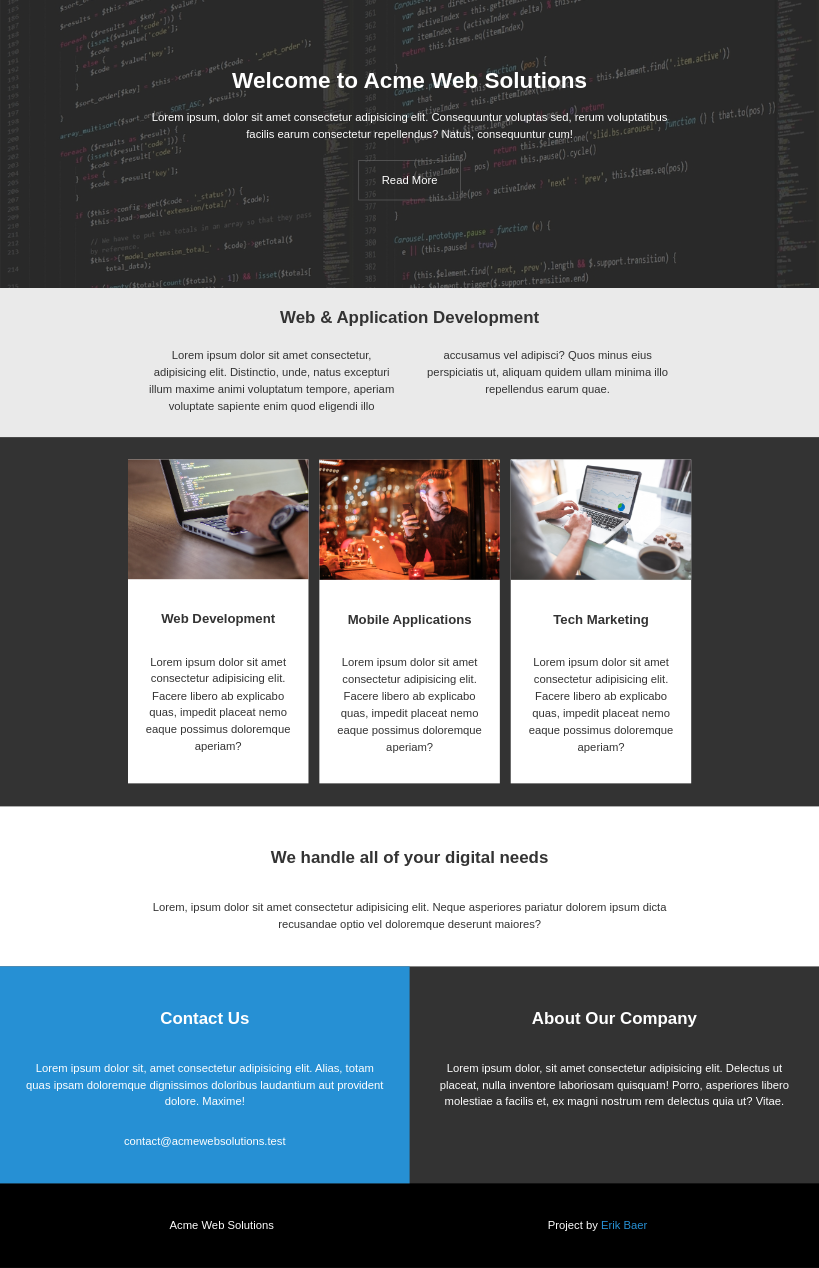
Repository: ErikBaer/MobileFirst
Page: index.html
The author's editor kept a copy of each file at every save. The page is drawn from the files as they stood at one save, then again after the next save.
The browser window is 1280 px wide. The pictures show the whole page, at 64% of full size.

Above is the page before, as saved 2020-02-17 18:44:16.

### index.html
<!DOCTYPE html>
<html lang="en">
<head>
    <meta charset="UTF-8">
    <meta name="viewport" content="width=device-width, initial-scale=1.0">
    <link rel="stylesheet" type="text/css" href="style.css">
    <title>Acme Web Solutions</title>
</head>
<body>

<!--Header Showcase -->

   <header id="showcase" class="grid">
    <div class="bg-image"></div>
    <div class="content-wrap">
    <h1>Welcome to Acme Web Solutions</h1>
    <p>Lorem ipsum, dolor sit amet consectetur adipisicing elit.
         Consequuntur voluptas sed, rerum voluptatibus facilis
         earum consectetur repellendus? Natus, consequuntur cum!
        </p>
    <a href="#section-b" class="btn">Read More</a>
    </div>
</header>

<!-- Main Area -->

<main id="main">

    <!-- Section A -->

    <section id="section-a" class="grid">
        <div class="content-wrap">
            <h2 class="content-title">Web & Application Development</h2>
            <div class="content-text">
                <p>Lorem ipsum dolor sit amet consectetur, adipisicing elit.
                    Distinctio, unde, natus excepturi illum maxime animi
                    voluptatum tempore, aperiam voluptate sapiente enim quod
                    eligendi illo accusamus vel adipisci? Quos minus eius
                    perspiciatis ut, aliquam quidem ullam minima illo
                    repellendus earum quae.</p>
            </div>
        </div>
    </section>

    <!-- Section B -->

    <section id="section-b" class="grid">
        <ul>
            <li>
                <div class="card">
                    <img src="./Assets/Coding-Person.jpg" alt="">
                    <div class="card-content">
                        <h3 class="card-title">Web Development</h3>
                        <p>Lorem ipsum dolor sit amet consectetur
                            adipisicing elit. Facere libero ab explicabo
                            quas, impedit placeat nemo eaque possimus
                            doloremque aperiam?</p>
                    </div>
                </div>
            </li>
            <li>
                <div class="card">
                    <img src="./Assets/mobile-man.jpg" alt="">
                    <div class="card-content">
                        <h3 class="card-title">Mobile Applications</h3>
                        <p>Lorem ipsum dolor sit amet consectetur
                            adipisicing elit. Facere libero ab explicabo
                            quas, impedit placeat nemo eaque possimus
                            doloremque aperiam?</p>
                    </div>
                </div>
            </li>
            <li>
                <div class="card">
                    <img src="./Assets/charts.jpg" alt="">
                    <div class="card-content">
                        <h3 class="card-title">Tech Marketing</h3>
                        <p>Lorem ipsum dolor sit amet consectetur
                            adipisicing elit. Facere libero ab explicabo
                            quas, impedit placeat nemo eaque possimus
                            doloremque aperiam?</p>
                    </div>
                </div>
            </li>
        </ul>
    </section>

    <!-- Section C -->
    <section id="section-c" class="grid">
        <div class="content-wrap">
            <h2 class="content-title"> We handle all of your digital needs</h2>
            <p>Lorem, ipsum dolor sit amet consectetur adipisicing elit.
                Neque asperiores pariatur dolorem ipsum dicta recusandae
                 optio vel doloremque deserunt maiores?</p>
        </div>
    </section>

    <!-- Section D -->

    <section id="section-d" class="grid">
        <div class="box">
            <h2 class="content-title">Contact Us</h2>
            <p>Lorem ipsum dolor sit, amet consectetur adipisicing elit.
                 Alias, totam quas ipsam doloremque dignissimos doloribus
                 laudantium aut provident dolore. Maxime!</p>
            <p>contact@acmewebsolutions.test</p>
        </div>
        <div class="box">
            <h2 class="content-title">About Our Company</h2>
            <p>Lorem ipsum dolor, sit amet consectetur adipisicing elit.
                Delectus ut placeat, nulla inventore laboriosam quisquam!
                Porro, asperiores libero molestiae a facilis et, ex magni
                 nostrum rem delectus quia ut? Vitae.</p>
        </div>
    </section>
</main>

<!-- Footer -->

<footer id="main-footer" class="grid">
    <div>Acme Web Solutions</div>
    <div>Project by <a href="www.baerdata.de" target="blank">Erik Baer</a></div>
</footer>

</body>
</html>

### style.css
body {
    margin: 0;
    font-family: Arial, Helvetica, sans-serif;
    background-color: #333;
    color: white;
    font-size:1.1em;
    line-height: 1.5;
    text-align: center;
}

img {
    display:block;
    width:100%;
    height: auto;
}

h1, h2, h3 {
    margin:0;
    padding: 1em 0;
}

p {
    margin: 0;
    padding: 1em 0;
}

.btn {
    display: inline-block;
    background: 333;
    color: white;
    text-decoration: none;
    padding: 1em 2em;
    border: 1px solid #666;
    margin: .5em 0
}

.btn:hover {
  background: #eaeaea;
  color: #333;
}

/* Header Showcase */

#showcase {
    min-height: 450px;
    color: #fff;
    text-align: center;
}

#showcase .bg-image {
    position: absolute;
    background: #333 url(/Assets/code.jpg);
    background-position: center;
    background-repeat: no-repeat;
    background-size: cover;
    width: 100%;
    height: 450px;
    z-index: -1;
    opacity: 0.4;
}

#showcase h1 {
    padding-top: 100px;
    padding-bottom: 0;
}

#showcase .content-wrap,
#section-a .content-wrap {
    padding: 0 1.5em;
}


/* Section A */

#section-a {
    background: #eaeaea;
    color: #333;
    padding-bottom: 2em;
}


/* Section B */

#section-b {
    padding: 2em 1em 1em;
}

#section-b ul {
    list-style:none;
    margin:0;
    padding:0;
}

#section-b li {
    margin-bottom: 1em;
    background: #fff;
    color: #333;

}

.card-content {
    padding: 1.5em;
}

/* Section c */

#section-c {
    background: #fff;
    color: #333;
    padding: 2em;
}

/* Section D / Boxes */

#section-d .box {
    padding: 2em;
    color: #fff;
}

#section-d .box:first-child {
    background: #2690d4;
}

/* Footer */

#main-footer {
    padding: 3em;
    background: #000;
    color: white;
    text-align: center;
}

#main-footer a {
    color: #2690d4;
    text-decoration: none;
}

/* Media Queries */

@media(min-width: 700px) {
    .grid {
        display: grid;
        grid-template-columns: 1fr repeat(2, minmax(auto, 25em))1fr;
    }

    #section-a .content-text {
        columns: 2;
        column-gap: 2em;
    }

    #section-a .content-text p {
        padding-top: 0;
    }

    .content-wrap,
     #section-b ul {
         grid-column: 2/4;
     }

     .box, #main-footer div {
         grid-column: span 2;
     }

     #section-b ul {
        display: grid;
        grid-template-columns: repeat(3, 1fr);
        grid-column-gap: 1em;
      }


}

After the next save:
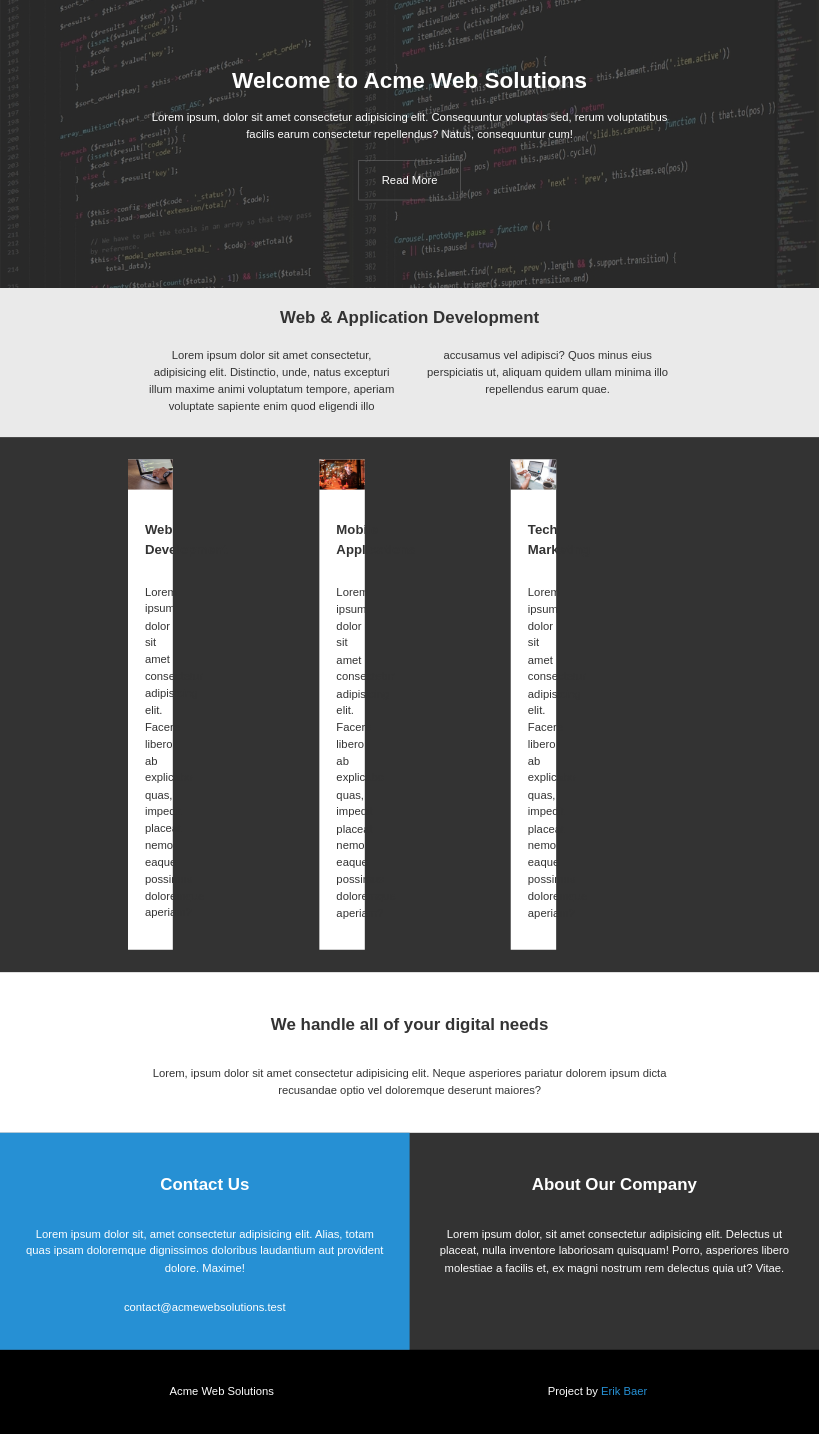
Saved 25 s later.
--- a/style.css
+++ b/style.css
@@ -95,6 +95,7 @@
     margin-bottom: 1em;
     background: #fff;
     color: #333;
+    width: 25%;
 
 }
 

After the save that followed:
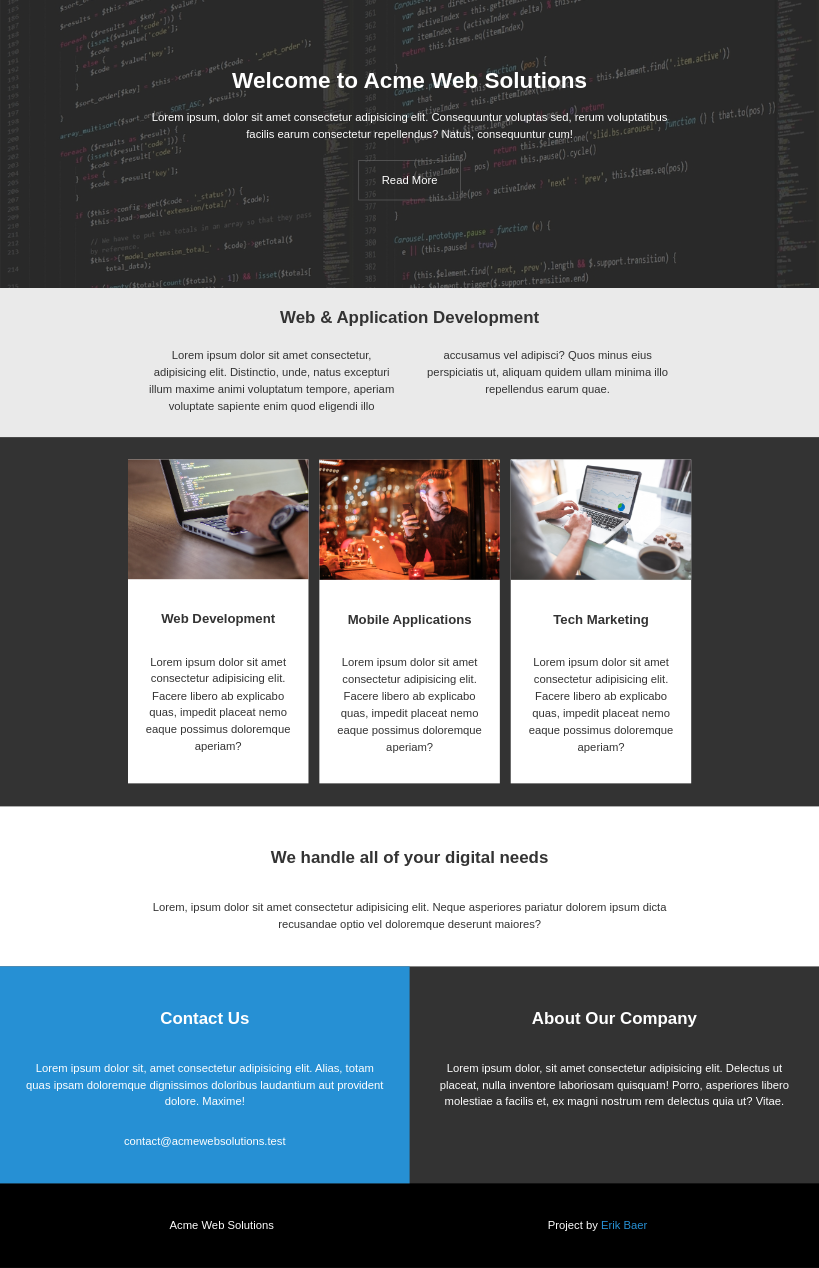
Saved 23 s later.
--- a/style.css
+++ b/style.css
@@ -95,7 +95,7 @@
     margin-bottom: 1em;
     background: #fff;
     color: #333;
-    width: 25%;
+    width: 100%;
 
 }
 
